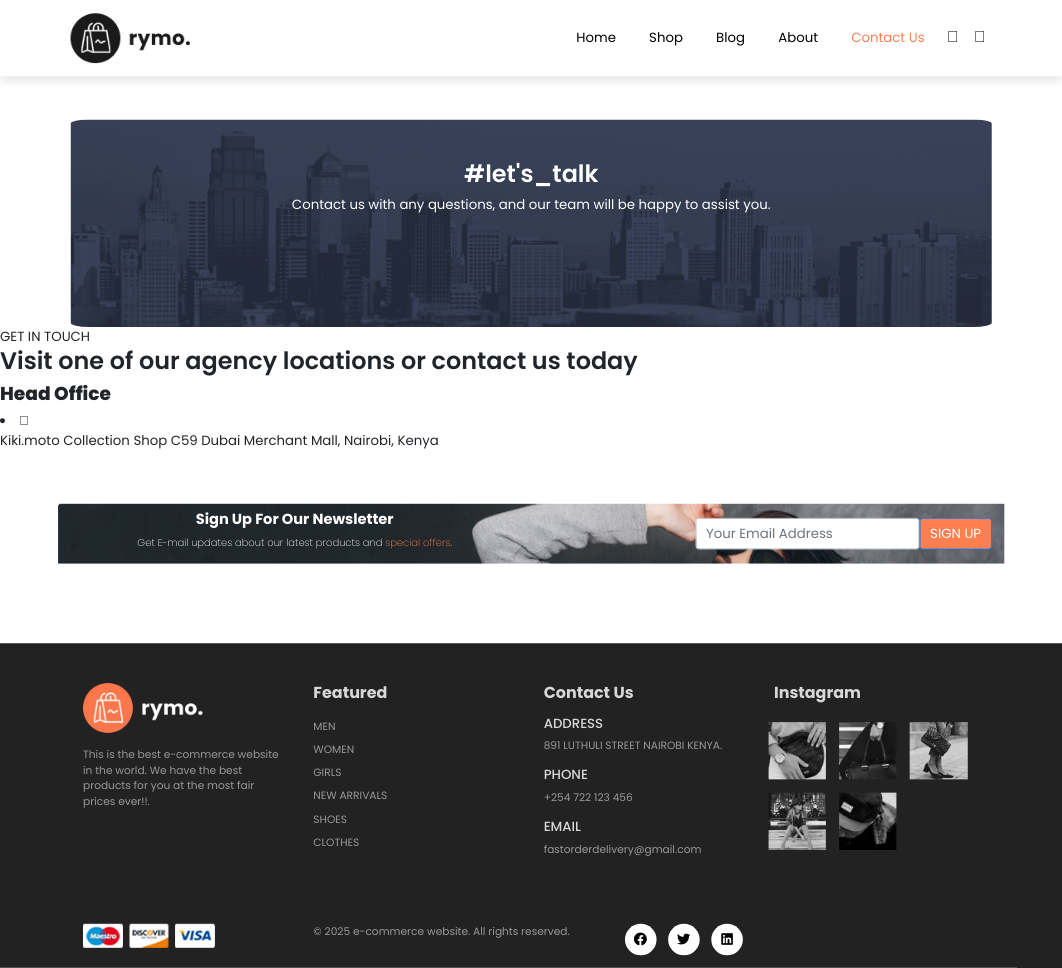
Repository: peter417waweru/e-commerce-UI
Page: contact.html
The author's editor kept a copy of each file at every save. The page is drawn from the files as they stood at one save, then again after the next save.
The browser window is 1280 px wide. The pictures show the whole page, at 83% of full size.
Some web libraries are served in a nearby version.

Above is the page before, as saved 2025-02-09 22:29:46.
Console error: TypeError: Cannot set properties of undefined (setting 'onclick')

### contact.html
<!DOCTYPE html>
<html lang="en">
    <head>

        <meta charset="UTF-8">
        <meta http-equiv="X-UA-Compatible" content="IE=edge">
        <meta name="viewport" content="width=device-width, initial-scale=1.0">
        <title>Ecommerce Website1</title>

        <link rel="stylesheet" href="https://cdn.jsdelivr.net/npm/bootstrap@4.1.3/dist/css/bootstrap.min.css"
        integrity="sha384-MCw98/SFnGE8fJT3GXwEOngsV7Zt27NXFoaoApmYm81iuXoPkFOJwJ8ERdknLPMO" crossorigin="anonymous">

        <link rel="stylesheet" href="https://pro.fontawesome.com/releases/v5.10.0/css/all.css" />

        <link rel="stylesheet" href="./style.css">
        <link rel="stylesheet" href="./about.css">
    </head>

    <body>
        <nav class="navbar navbar-expand-lg navbar-light bg-white py-3 fixed-top">
            <div class="container">
              <img src="img/logo1.png" alt="">
              <button class="navbar-toggler" type="button" data-bs-toggle="collapse" data-bs-target="#navbarSupportedContent"
              aria-controls="navbarSupportedContent" aria-expanded="false" aria-label="Toggle navigation">
                <span><i id="bar" class="fas fa-bars"></i></span>
              </button>
              <div class="collapse navbar-collapse" id="navbarSupportedContent">
                <ul class="navbar-nav ml-auto">
                  <li class="nav-item">
                    <a class="nav-link " aria-current="page" href="#">Home</a>
                  </li>
                  <li class="nav-item">
                    <a class="nav-link" aria-current="page" href="shop.html">Shop</a>
                  </li>
                  <li class="nav-item">
                    <a class="nav-link" aria-current="page" href="#">Blog</a>
                  </li>
                  <li class="nav-item">
                    <a class="nav-link" aria-current="page" href="#">About</a>
                  </li>
                  <li class="nav-item">
                    <a class="nav-link active" aria-current="page" href="#">Contact Us</a>
                  </li>
                  <li class="nav-item">
                    <i class="fal fa-search"></i>
                    <i class="fal fa-shopping-bag"></i>
                  </li>


                </ul>

              </div>
            </div>
        </nav>

        <section id="page-header" class="container mt-5 pt-5">
           <div class="about-header">
            <h2 class="text-center mt-5 pt-5">#let's_talk</h2>
            <p class="text-center">Contact us with any questions, and our team will be happy to assist you.</p>
           </div>
        </section>

        <section class="contact-details">
            <div class="details">
                <span>GET IN TOUCH</span>
                <h2>Visit one of our agency locations or contact us today</h2>
                <h3>Head Office</h3>
                <div>
                    <li>
                        <i class="fal fa-map"></i>
                        <p>Kiki.moto Collection Shop C59
                            Dubai Merchant Mall, Nairobi, Kenya</p>
                    </li>
                </div>
            </div>

        </section>

        <section id="newsletter" class="container py-5">
            <div class="row align-items-center text-center text-lg-start">
                <div class="col-lg-6 col-md-12">
                    <h4 class="mt-2">Sign Up For Our Newsletter</h4>
                    <p>Get E-mail updates about our latest products and <span>special offers</span>.</p>
                </div>
                <div class="col-lg-6 col-md-12">
                    <form class="d-flex justify-content-center justify-content-lg-end">
                        <input type="email" class="form-control w-50 me-2" placeholder="Your Email Address">
                        <button class="btn btn-primary">Sign Up</button>
                    </form>
                </div>
            </div>
        </section>

        <footer class="mt-5">
            <div class="row container mx-auto pt-5">
              <div class="footer-one col-lg-3 col-md-6 col-12">
                <img src="img/logo2.png" alt="">
                <p class="pt-3">This is the best e-commerce website in the world.
                   We have the best products for you at the most fair prices ever!!.</p>
              </div>
              <div class="footer-one col-lg-3 col-md-6 col-12">
                <h4 class="pb-2">Featured</h4>
                <ul class="text-uppercase list-unstyled">
                  <li><a href="#">men</a></li>
                  <li><a href="#">women</a></li>
                  <li><a href="#">girls</a></li>
                  <li><a href="#">new arrivals</a></li>
                  <li><a href="#">shoes</a></li>
                  <li><a href="#">clothes</a></li>
                </ul>
              </div>
              <div class="footer-one col-lg-3 col-md-6 col-12 mb-3">
                <h4 class="pb-2">Contact Us</h4>
                <div>
                  <h6 class="text-uppercase">Address</h6>
                <p>891 LUTHULI STREET NAIROBI KENYA.</p>
                </div>
                <div>
                  <h6 class="text-uppercase">Phone</h6>
                <p>+254 722 123 456</p>
                </div>
                <div>
                  <h6 class="text-uppercase">Email</h6>
                <p>fastorderdelivery@gmail.com</p>
                </div>
              </div>
              <div class="footer-one col-lg-3 col-md-6 col-12 mb-3">
                <h4 class="pb-2">Instagram</h4>
                <div class="row">
                  <img class="img-fluid w-25 h-100 m-2" src="img/insta/1.jpg" alt="">
                  <img class="img-fluid w-25 h-100 m-2" src="img/insta/2.jpg" alt="">
                  <img class="img-fluid w-25 h-100 m-2" src="img/insta/3.jpg" alt="">
                  <img class="img-fluid w-25 h-100 m-2" src="img/insta/4.jpg" alt="">
                  <img class="img-fluid w-25 h-100 m-2" src="img/insta/5.jpg" alt="">
                </div>
              </div>
            </div>
            <div class="copyright mt-5">
              <div class="row container mx-auto">
                <div class="col-lg-3 col-md-6 col-12 mb-4">
                  <img class="img-fluid" src="img/payment.png" alt="">
                </div>
                <div class="col-lg-4 col-md-6 col-12 text-nowrap mb-2">
                  <p>© 2025 e-commerce website. All rights reserved.</p>
                </div>
                <div class="col-lg-4 col-md-6 col-12">
                  <a href="#"><i class="fab fa-facebook"></i></a>
                  <a href="#"><i class="fab fa-twitter"></i></a>
                  <a href="#"><i class="fab fa-linkedin"></i></a>
                </div>
              </div>
            </div>
        </footer>
    </body>

    <script src="https://cdn.jsdelivr.net/npm/@popperjs/core@2.9.1/dist/umd/popper.min.js"
        integrity="sha384-SR1sx49pcuLnqZUnnPwx6FCym0wLsk5JZuNx2bPPENzswTNFaQU1RDvt3wT4gWFG"
        crossorigin="anonymous">
    </script>
    <script src="https://cdn.jsdelivr.net/npm/bootstrap@5.0.0-beta3/dist/js/bootstrap.min.js"
        integrity="sha384-j0CNLUeiqtyaRmlzUHCPZ+Gy5fQu0dQ6eZ/xAww941Ai1SxSY+0EQqNXNE6DZiVc"
        crossorigin="anonymous">
    </script>
    <script src="scripts.js"></script>
</html>

### style.css
@import url("https://fonts.googleapis.com/css2?family=Poppins:wght@100;200;300;400;500;600;700;800;900&display=swap");
* {
  margin: 0;
  padding: 0;
  box-sizing: border-box;
}

body {
  font-family: "Poppins", sans-serif;
}

h1 {
  font-size: 2.5rem;
  font-weight: 700;
}

h2 {
  font-size: 1.8rem;
  font-weight: 600;
}

h3 {
  font-size: 1.4rem;
  font-weight: 800;
}

h4 {
  font-size: 1.1rem;
  font-weight: 600;
}

h5 {
  font-size: 1rem;
  font-weight: 400;
  color: #1d1d1d;
}

h6 {
  color: #d8d8d8;
}

hr {
  width: 30px;
  height: 2px;
  background-color: #fb774b;
}

.star {
  padding: 10px 0;
}

.star i{
  font-size: 0.8rem;
  color: goldenrod;
}

button {
  font-size: 0.8rem;
  font-weight: 700;
  outline: none;
  border: none;
  background-color: #1d1d1d;
  color: aliceblue;
  padding: 13px 30px;
  cursor: pointer;
  text-transform: uppercase;
  transition: 0.3s ease;
}

button:hover {
  background-color: #3a3833;
}

hr {
  width: 30px;
  height: 2px;

}

.navbar {
  font-size: 16px;
  background-color: #d8d8d8;
  top: 0;
  left: 0;
  box-shadow: 0 5px 10px rgba(0, 0, 0, 0.1);
}

.navbar-light .navbar-nav .nav-link{
  padding: 0 20px;
  color: black;
  transition: 0.3s ease;
}

.navbar-light .navbar-nav .nav-link:hover,
.navbar i:hover,
.navbar-light .navbar-nav .nav-link.active,
.navbar i.active
{
  color: coral;
}



.navbar i{
  font-size: 1.2rem;
  padding: 0 7px;
  cursor: pointer;
  transition: 0.3s ease;
}

/* Mobile Nav*/


.navbar-light .navbar-toggler{
  border: none;
  outline: none;
}

#bar {
  font-size: 1.5rem;
  padding: 7px;
  cursor: pointer;
  font-weight: 500;
  color: black;
  transition: 0.3s ease;
}

#bar:hover,
#bar.active{
  color: #fff;
}

@media only screen and (max-width: 990px) {

  body > nav > div > button:hover ,
  body > nav > div > button:focus {
    background-color: #fb774b;
  }

  body > nav > div > button:hover #bar,
  body > nav > div > button:focus #bar {
    background-color: #fb774b;
  }

  #navbarSupportedContent > ul {
    margin: 1rem;
    justify-content: flex-end;
    align-items: flex-end;
    text-align: right;
  }

  #navbarSupportedContent > ul > li:nth-child(n) > a {
    padding: 10px 0;
  }
}


#home {
  background-image: url("img/back.jpg");
  width: 100%;
  height: 100vh;
  background-size: cover;
  background-position: top 70px center;
  display: flex;
  flex-direction: column;
  align-items: flex-start;
  justify-content: center;

}

#home span{
  color: coral;
}

#new .one img{
  width: 100%;
  height: 100%;
  background-position: center center;
  background-repeat: no-repeat;
  background-size: cover;
  position: relative;
}


#new .row .one .details{
  position: absolute;
  width: 100%;
  height: 100%;
  top: 0;
  left: 0;
  transition: 0.3s ease;
}

#new .row .one:hover .details{
  cursor: pointer;
  background-color: rgba(255, 178, 178, 0.8);
}

#new .row .one .details button{
 display: inline-block;
 font-size: 14px;
 font-weight: 500;
 color: #2a2a2a;
 background: none;
 text-transform: uppercase;
 border-bottom: 1px solid #2a2a2a;
 padding: 1.5px;
 transform: translateY(70px);
 transition: 0.3s ease;
}

#new .row .one .details button:hover{
  cursor: pointer;
  color: #fff;
  border-bottom: 1px solid #fff;
}

#new .row .one:nth-child(1) .details{
  display: flex;
  justify-content: center;
  flex-direction: column;
  align-items: flex-start;
  text-align: start;
}

#new .row .one:nth-child(2) .details{
  display: flex;
  justify-content: center;
  flex-direction: column;
  align-items: center;
  text-align: center;
}

#new .row .one:nth-child(3) .details{
  display: flex;
  justify-content: center;
  flex-direction: column;
  align-items: flex-end;
  text-align: end;
}

/*Products*/

.product {
  cursor: pointer;
  margin-bottom: 2rem;
}

.product img{
  transition: 0.3s all;

}

.product img:hover{
  opacity: 0.7;
}

.product .buy-btn{
  background: #fb774b;
  transform: translateY(20px);
  opacity: 0;
  transition: 0.3s all;
}
.product:hover .buy-btn{
  transform: translateY(0px);
  opacity: 1;
}

#banner {
  background-image: url("img/banner/2.jpg");
  width: 100%;
  height: 60vh;
  background-size: cover;
  background-position: top 70px center;
  background-repeat: no-repeat;
  background-attachment: fixed;
  display: flex;
  flex-direction: column;
  align-items: flex-start;
  justify-content: center;
}

#banner h4{
  color: #D8D8D8;
}

#banner h1{
  color: #D8D8D8;
}

#banner button{
  background-color: #fb774b;
}

footer{
  background-color: #222222;
}

footer h4 {
  color: #D8D8D8;
  font-size: 1.2rem;
  font-weight: 700;
}

footer li {
  padding-bottom: 4px;
}

footer li a {
  font-size: 0.8rem;
  color: #999;
}

footer li a:hover {
  color: #D8D8D8;
}

footer p{
  color: #999;
  font-size: 0.8rem;
}

footer .copyright a{
  color: #000;
  width: 38px;
  height: 38px;
  background-color: #fff;
  display: inline-block;
  text-align: center;
  line-height: 38px;
  border-radius: 50%;
  transition: 0.3s ease;
  margin: 0 5px;

}

footer .copyright a:hover{
  color: #fff;
  background-color: #fb774b;
}

### about.css
#page-header .about-header{
    background-image: url("img/about/banner.png");
    background-position: center;
    background-size: cover;
    width: 100%;
    height: 250px;
    border-radius: 2%;
}

#page-header .about-header h2,
#page-header .about-header p{
    color: #fff;
}

#about-app .video{
    width: 70%;
    height: 100%;
    margin: 30px auto 0 auto;
}

#about-app .video video{
    width: 100%;
    height: 100%;
    border-radius: 20px;
}

#newsletter .row{
    background-image: url("img/banner/1.jpg");
}

#newsletter .row h4{
    color: #fff;
    font-weight: bold;
}

#newsletter .row p{
    color: #fff;
    font-weight: 200;
    font-size: 12px;
}

#newsletter .row p span{
    color: coral;
    font-weight: 250;
}

#newsletter .row p span:hover{
    cursor: pointer;
    color: #8d8d8d;
}

#newsletter .row button{
    background-color: coral;
}

#newsletter .row button:hover{
    background-color: #8d8d8d;

}

@media (max-width: 477px){
    #newsletter .row{
        margin: 0 auto 0 auto;
        padding-bottom: 20px;
    }
}

### scripts.js
var MainImg = document.getElementById('MainImg');
var SmallImg = document.getElementsByClassName('small-img');

SmallImg[0].onclick = function(){
    MainImg.src = SmallImg[0].src;
}
SmallImg[1].onclick = function(){
    MainImg.src = SmallImg[1].src;
}
SmallImg[2].onclick = function(){
    MainImg.src = SmallImg[2].src;
}
SmallImg[3].onclick = function(){
    MainImg.src = SmallImg[3].src;
}

After the next save:
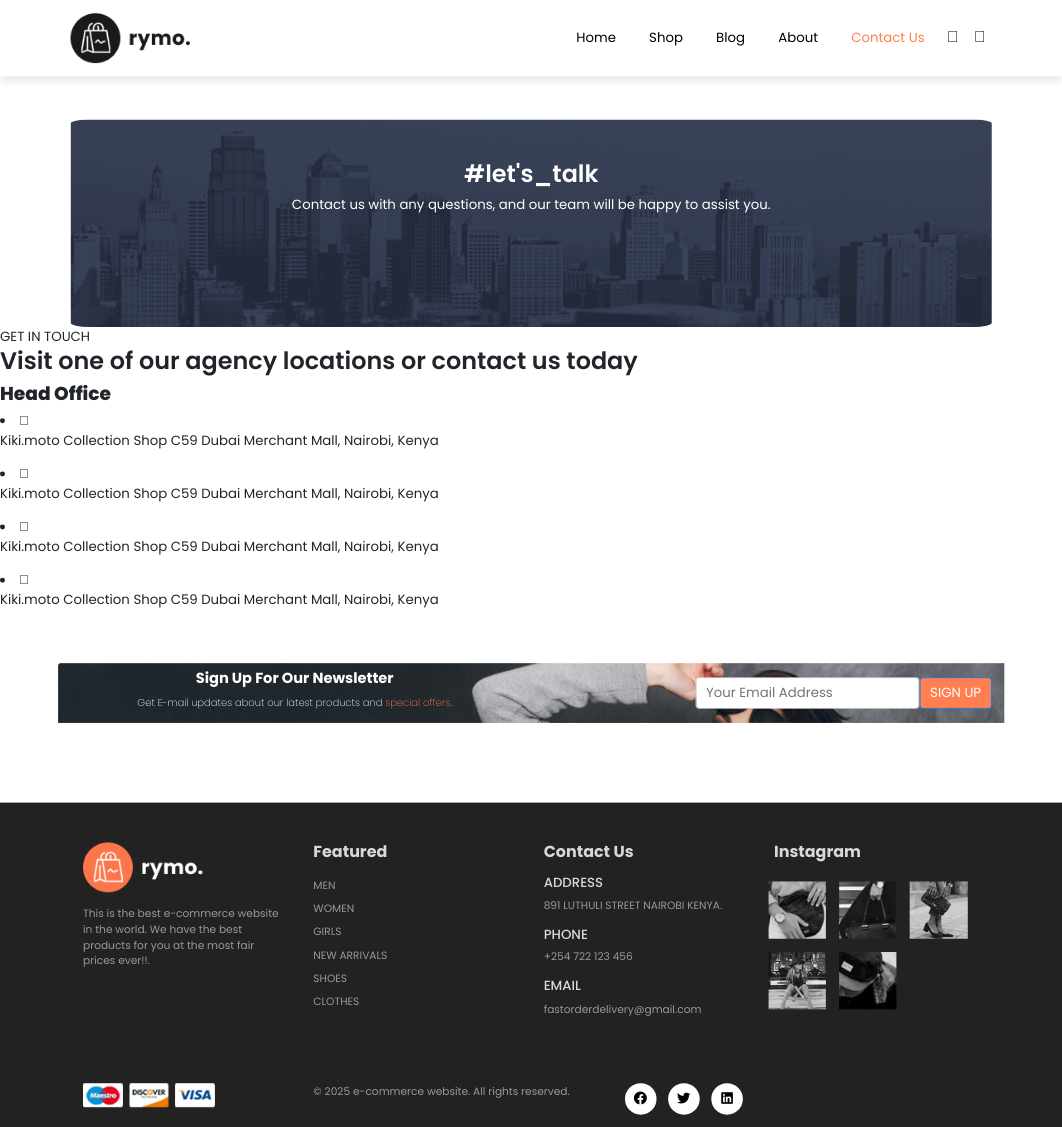
Saved 112 s later.
--- a/contact.html
+++ b/contact.html
@@ -68,6 +68,21 @@
                 <div>
                     <li>
                         <i class="fal fa-map"></i>
+                        <p>Kiki.moto Collection Shop C59
+                            Dubai Merchant Mall, Nairobi, Kenya</p>
+                    </li>
+                    <li>
+                        <i class="fal fa-envelope"></i>
+                        <p>Kiki.moto Collection Shop C59
+                            Dubai Merchant Mall, Nairobi, Kenya</p>
+                    </li>
+                    <li>
+                        <i class="fal fa-phone-alt"></i>
+                        <p>Kiki.moto Collection Shop C59
+                            Dubai Merchant Mall, Nairobi, Kenya</p>
+                    </li>
+                    <li>
+                        <i class="fal fa-clock"></i>
                         <p>Kiki.moto Collection Shop C59
                             Dubai Merchant Mall, Nairobi, Kenya</p>
                     </li>
